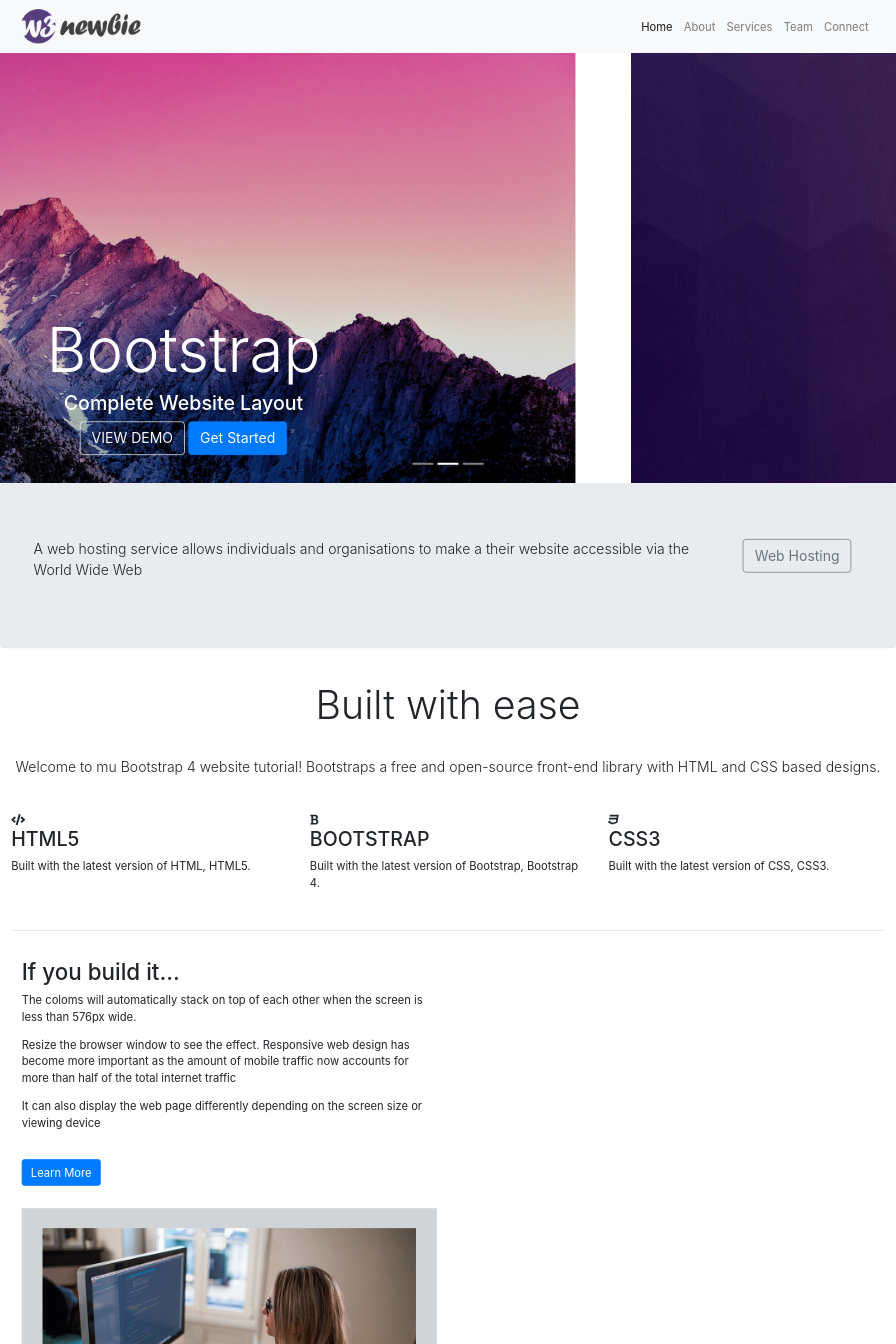
Repository: rkyankya/Bootstrap-1
Page: index.html
These files come from the project's save history. The page is drawn as it stood at one moment and after the next save; the edit follows.
The browser window is 1280 px wide. The pictures show the part of the page from y = 0 to 1920 px (the page is 2836 px tall), at 70% of full size.
Some web libraries are served in a nearby version.

Above is the page before, as saved 2019-12-16 11:21:33.

### index.html
<!DOCTYPE html>
<html lang="en">

<head>
    <meta charset="utf-8">
    <meta name="viewport" content="width=device-width, initial-scale=1">
    <title>Complete Bootstrap 4 Website Layout</title>
    <link rel="stylesheet" href="https://maxcdn.bootstrapcdn.com/bootstrap/4.0.0/css/bootstrap.min.css">
    <script src="https://ajax.googleapis.com/ajax/libs/jquery/3.3.1/jquery.min.js"></script>
    <script src="https://cdnjs.cloudflare.com/ajax/libs/popper.js/1.12.9/umd/popper.min.js"></script>
    <script src="https://maxcdn.bootstrapcdn.com/bootstrap/4.0.0/js/bootstrap.min.js"></script>
    <script src="https://use.fontawesome.com/releases/v5.0.8/js/all.js"></script>
    <link href="style.css" rel="stylesheet">
</head>

<body>

    <!-- Navigation -->
    <nav class="navbar navbar-expand-md navbar-light bg-light sticky-top">
        <div class="container-fluid">
            <a class="navbar-brand" href="#"><img src="img/logo.png" alt="#"></a>
            <button class="navbar-toggler" type="button" data-toggler="collapse" data-target="#navbarResponsive">
          <span class="navbar-toggler-icon"></span>
        </button>
            <div class="collapse navbar-collapse" id="navbarResponsive">
                <ul class="navbar-nav ml-auto">
                    <li class="nav-item active">
                        <a class="nav-link" href="#">Home</a>
                    </li>
                    <li class="nav-item">
                        <a class="nav-link" href="#">About</a>
                    </li>
                    <li class="nav-item">
                        <a class="nav-link" href="#">Services</a>
                    </li>
                    <li class="nav-item">
                        <a class="nav-link" href="#">Team</a>
                    </li>
                    <li class="nav-item">
                        <a class="nav-link" href="#">Connect</a>
                    </li>
                </ul>
            </div>
        </div>
    </nav>

    <!--- Image Slider -->
    <div id="slides" class="carousel slide" data-ride="carousel">
        <ul class="carousel-indicators">
            <li data-target="#slides" data-slide-to="0" class="active"></li>
            <li data-target="#slides" data-slide-to="1"></li>
            <li data-target="#slides" data-slide-to="2"></li>
        </ul>
        <div class="carousel-inner">
            <div class="carousel-item active">
                <img src="img/background.png" alt="#">
                <div class="carousel-caption">
                    <h1 class="display-2">Bootstrap</h1>
                    <h3>Complete Website Layout</h3>
                    <button type="button" class="btn btn-outline-light btn-lg">VIEW DEMO</button>
                    <button type="button" class="btn btn-primary btn-lg">Get Started</button>
                </div>
            </div>
            <div class="carousel-item">
                <img src="img/background2.png" alt="#">
            </div>
            <div class="carousel-item">
                <img src="img/background3.png" alt="#">
            </div>
        </div>
    </div>

    <!--- Jumbotron -->
    <div class="container-fluid">
        <div class="row jumbotron">
            <div class="col-xs-12 col-sm-12 col-md-9 col-lg-9 col-xl-10">
                <!--Bootstrap has 12 coloms the 12 describes the coloms to take-->
                <p class="lead">A web hosting service allows individuals and organisations to make a their website accessible via the World Wide Web
                </p>
            </div>
            <div class="col-xs-12 col-sm-12 col-md-3 col-lg-3 col-xl-2">
                <a href="#">
                    <button type="button" class="btn btn-outline-secondary btn-lg">Web Hosting</button>
                </a>
            </div>
        </div>
    </div>


    <!--- Welcome Section -->
    <div class="container-fluid padding">
        <div class="row welcome text-center">
            <div class="col-12">
                <h1 class="display-4">Built with ease</h1>
            </div>
            <hr class="my-4">
            <div class="col-12">
                <p class="lead">Welcome to mu Bootstrap 4 website tutorial! Bootstraps a free and open-source front-end library with HTML and CSS based designs.
                </p>
            </div>
        </div>
    </div>

    <!--- Three Column Section -->
    <div class="container-fluid padding">
        <div class="row text-centre padding">
            <div class="col-xs-12 col-sm-6 col-md-4">
                <i class="fas fa-code"></i>
                <h3>HTML5</h3>
                <p>Built with the latest version of HTML, HTML5.</p>
            </div>
            <div class="col-xs-12 col-sm-6 col-md-4">
                <i class="fas fa-bold"></i>
                <h3>BOOTSTRAP</h3>
                <p>Built with the latest version of Bootstrap, Bootstrap 4.</p>
            </div>
            <div class="col-sm-12 col-md-4">
                <i class="fab fa-css3"></i>
                <h3>CSS3</h3>
                <p>Built with the latest version of CSS, CSS3.</p>
            </div>
        </div>
        <hr class="my-4">
    </div>


    <!--- Two Column Section -->
    <div class="container-fluid padding">
        <div class="row-padding">
            <div class="col-md-12 col-lg-6">
                <h2>If you build it...</h2>
                <p>The coloms will automatically stack on top of each other when the screen is less than 576px wide.</p>
                <p>Resize the browser window to see the effect. Responsive web design has become more important as the amount of mobile traffic now accounts for more than half of the total internet traffic</p>
                <p>It can also display the web page differently depending on the screen size or viewing device</p>
                <br>
                <a href="#" class="btn btn-primary">Learn More</a>
            </div>
            <div class="col-lg-6">
                <img src="img/desk.png" class="img-fluid" alt="#">
            </div>
        </div>
    </div>

    <hr class="my-4">

    <!--- Fixed background -->
    <figure>
        <div class="fixed-wrap">
            <div id="fixed"></div>
        </div>
    </figure>


    <!--- Emoji Section -->
    <button class="fun" data-toggle="collapse" data-target="#emoji">Click For Fun</button>
    <div id="emoji" class="collapse">
        <div class="container-fluid padding">
            <div class="row text-center">
                <div class="col-sm-6 col-md-3">
                    <img class="gif" src="img/gif/panda.gif" alt="#">
                </div>
                <div class="col-sm-6 col-md-3">
                    <img class="gif" src="img/gif/unicorn.gif" alt="#">
                </div>
                <div class="col-sm-6 col-md-3">
                    <img class="gif" src="img/gif/poo.gif" alt="#">
                </div>
                <div class="col-sm-6 col-md-3">
                    <img class="gif" src="img/gif/chicken.gif" alt="#">
                </div>
            </div>
        </div>
    </div>


    <!--- Meet the team -->
    <div class="container-fluid padding">
        <div class="row-welcome text-center">
            <div class="col-12">
                <h1 class="display-4"> Meet the Team</h1>
            </div>
        </div>
    </div>


    <!--- Cards -->
    <div class="container-fluid padding">
        <div class="row welcome text">
            <div class="col-md-4">
                <div class="card">
                    <img class="card-imd-top" src="img/team1.png" alt="#">
                    <div class="card-body">
                        <h4 class="card-title">John Doe</h4>
                        <p class="card-text">Joe is an internet entrepreneur with almost 20 years of experience</p>
                        <a href="#" class="btn btn-outline-secondary"> See Profile</a>
                    </div>
                </div>
            </div>
        </div>
    </div>


    <!--- Two Column Section -->


    <!--- Connect -->


    <!--- Footer -->




</body>

</html>

### style.css
@import url("https://fonts.googleapis.com/css?family=Poppins:400,500,700");
@import url("https://fonts.googleapis.com/css?family=Poppins:400,500,700");

/* --- Media Queries -- */

@media (max-width: 992px) {}

@media (max-width: 768px) {}

@media (max-width: 576px) {}


/* ---Firefox Bug Fix -- */

.carousel-item {
    transition: -webkit-transform 0.5s ease;
    transition: transform 0.5s ease;
    transition: transform 0.5s ease, -webkit-transform 0.5s ease;
    -webkit-backface-visibility: visible;
    backface-visibility: visible;
}


/* --- Fixed Background Image -- */

figure {
    position: relative;
    width: 100%;
    height: 60%;
    margin: 0 !important;
}

.fixed-wrap {
    clip: rect(0, auto, auto, 0);
    position: absolute;
    top: 0;
    left: 0;
    width: 100%;
    height: 100%;
}

#fixed {
    background-image: url("img/mac.png");
    position: fixed;
    display: block;
    top: 0;
    left: 0;
    width: 100%;
    height: 100%;
    background-size: cover;
    background-position: center center;
    -webkit-transform: translateZ(0);
    transform: translateZ(0);
    will-change: transform;
}


/* --- Bootstrap Padding Fix -- */

[class*="col-"] {
    padding: 1rem;
}


/*
Extra small (xs) devices (portrait phones, less than 576px)
No media query since this is the default in Bootstrap

Small (sm) devices (landscape phones, 576px and up)
@media (min-width: 576px) { ... }

Medium (md) devices (tablets, 768px and up)
@media (min-width: 768px) { ... }

Large (lg) devices (desktops, 992px and up)
@media (min-width: 992px) { ... }

Extra (xl) large devices (large desktops, 1200px and up)
@media (min-width: 1200px) { ... }
*/


/* ---Media Queries -- */

@media (max-width: 992px) {}

@media (max-width: 768px) {}

@media (max-width: 576px) {}


/* ---Firefox Bug Fix -- */

.carousel-item {
    transition: -webkit-transform 0.5s ease;
    transition: transform 0.5s ease;
    transition: transform 0.5s ease, -webkit-transform 0.5s ease;
    -webkit-backface-visibility: visible;
    backface-visibility: visible;
}


/* --- Fixed Background Image -- */

figure {
    position: relative;
    width: 100%;
    height: 60%;
    margin: 0 !important;
}

.fixed-wrap {
    clip: rect(0, auto, auto, 0);
    position: absolute;
    top: 0;
    left: 0;
    width: 100%;
    height: 100%;
}

#fixed {
    background-image: url("img/mac.png");
    position: fixed;
    display: block;
    top: 0;
    left: 0;
    width: 100%;
    height: 100%;
    background-size: cover;
    background-position: center center;
    -webkit-transform: translateZ(0);
    transform: translateZ(0);
    will-change: transform;
}


/* --- Bootstrap Padding Fix -- */

[class*="col-"] {
    padding: 1rem;
}


/*
Extra small (xs) devices (portrait phones, less than 576px)
No media query since this is the default in Bootstrap

Small (sm) devices (landscape phones, 576px and up)
@media (min-width: 576px) { ... }

Medium (md) devices (tablets, 768px and up)
@media (min-width: 768px) { ... }

Large (lg) devices (desktops, 992px and up)
@media (min-width: 992px) { ... }

Extra (xl) large devices (large desktops, 1200px and up)
@media (min-width: 1200px) { ... }
*/

After the next save:
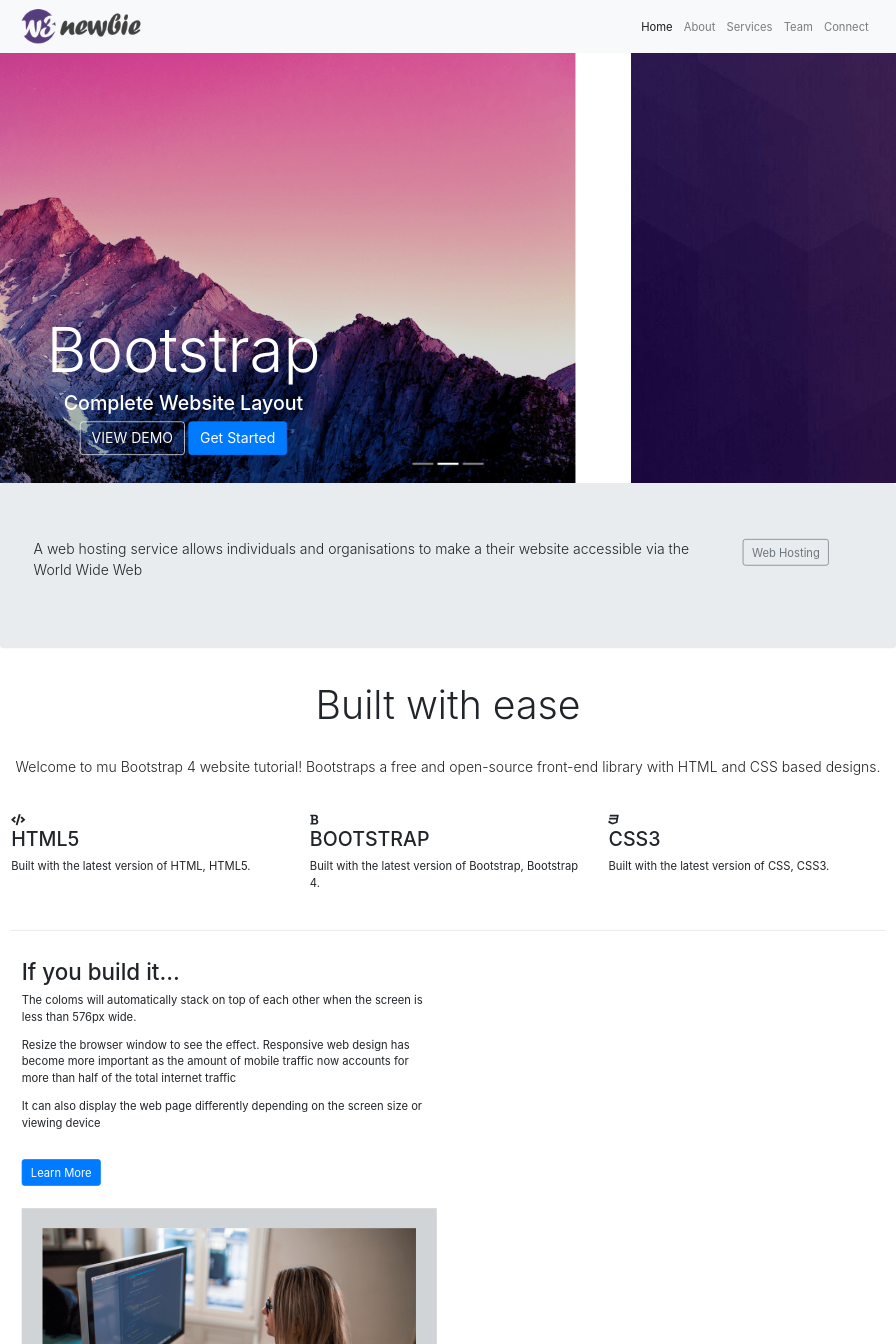
Saved 83 s later.
--- a/index.html
+++ b/index.html
@@ -79,9 +79,7 @@
                 </p>
             </div>
             <div class="col-xs-12 col-sm-12 col-md-3 col-lg-3 col-xl-2">
-                <a href="#">
-                    <button type="button" class="btn btn-outline-secondary btn-lg">Web Hosting</button>
-                </a>
+                <a href="#" class="btn btn-outline-secondary">Web Hosting</a>
             </div>
         </div>
     </div>
